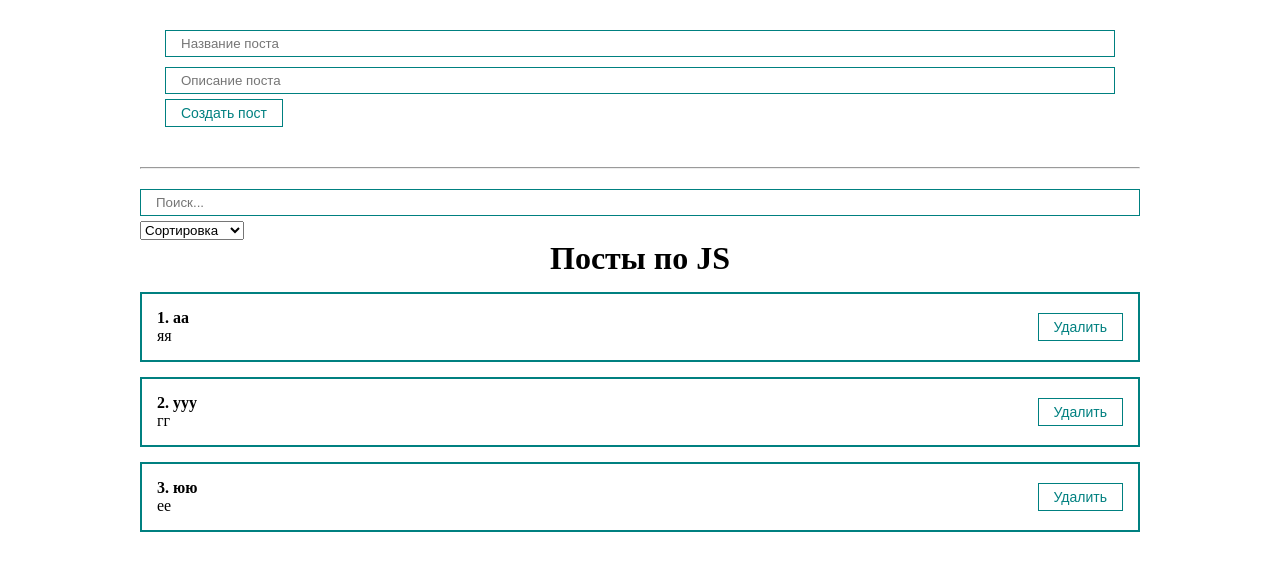
Repository: otvertka/ulb
Page: /
An editor plug-in stored every save of this project. The page is shown before and after the next save, followed by the edit.
The browser window is 1280 px wide. The pictures show the whole page.
The project was rebuilt for these pictures with package versions that can differ from the ones it lists, and the page was loaded fresh each time. Also part of the build but not shown: src/components/Counter.jsx, src/components/ClassCounter.jsx.

Above is the page before, as saved 2023-06-13 11:44:53.

### public/index.html
<!DOCTYPE html>
<html lang="en">
  <head>
    <meta charset="utf-8" />
    <meta name="viewport" content="width=device-width, initial-scale=1" />

    <title>React App</title>
  </head>
  <body>
    <noscript>You need to enable JavaScript to run this app.</noscript>
    <div id="root">
      <!-- ЗДЕСЬ БУДЕТ НАШЕ JS ПРИЛОЖЕНИЕ -->
    </div>
  </body>
</html>

### src/index.js
import React from "react";
import ReactDOM from "react-dom";
import App from "./App";

// const root = ReactDOM.createRoot(document.getElementById("root"));
// root.render(<App />);
ReactDOM.render(<App />, document.getElementById("root"));

### src/App.js
import React, { useState, useMemo, useRef } from "react";

import Counter from "./components/Counter";
import ClassCounter from "./components/ClassCounter";
import "./styles/App.css";
import PostItem from "./components/PostItem";
import PostList from "./components/PostList";
import MyButton from "./components/UI/button/MyButton";
import MyInput from "./components/UI/input/MyInput";
import PostForm from "./components/PostForm";
import MySelect from "./components/UI/select/MySelect";
import PostFilter from "./components/PostFilter";
import MyModal from "./components/UI/MyModal/MyModal";

function App() {
  const [posts, setPosts] = useState([
    { id: 1, title: "аа", body: "яя" },
    { id: 2, title: "ууу", body: "гг" },
    { id: 3, title: "юю", body: "ее" },
  ]);

  const [filter, setFilter] = useState({ sort: "", query: "" });

  const sortedPosts = useMemo(() => {
    // console.log("ОТРАБОТАЛА ФУНКЦИЯ СОРТЕД ПОСТ");
    if (filter.sort) {
      return [...posts].sort(
        (a, b) => a[filter.sort].localeCompare(b[filter.sort]) // развернём Посты в новый массив и мутируем его
      );
    }
    return posts;
  }, [filter.sort, posts]);

  const sortedAndSearchedPosts = useMemo(() => {
    return sortedPosts.filter((post) =>
      post.title.toLowerCase().includes(filter.query.toLowerCase())
    );
  }, [filter.query, sortedPosts]);

  const createPost = (newPost) => {
    setPosts([...posts, newPost]);
  };

  // Получаем post из дочернего компонента
  const removePost = (post) => {
    setPosts(posts.filter((p) => p.id !== post.id));
  };

  // импортируем компонент
  return (
    <div className="App">
      <MyModal>
        <PostForm create={createPost} />
      </MyModal>
      {/* передаём в компонент функцию обратного вызова, чтобы добавить в родительский массив дочерний новый элемент */}

      <hr style={{ margin: "15px 0" }} />
      <PostFilter filter={filter} setFilter={setFilter} />
      <PostList
        remove={removePost}
        posts={sortedAndSearchedPosts}
        title="Посты по JS"
      />
    </div>
  );
}

export default App;

### src/styles/App.css
* {
  margin: 0;
  padding: 0;
  box-sizing: border-box;
}

/* Рут- блок из index.html */
#root {
  display: flex;
  justify-content: center;
}

.App {
  width: 1000px;
}

.post {
  display: flex;
  padding: 15px;
  border: 2px solid teal;
  margin-top: 15px;
  justify-content: space-between;
  align-items: center;
}

### src/components/PostItem.jsx
import React from "react";
import MyButton from "./UI/button/MyButton";

// Props - входные данные в контексте Реакта. Можно представлять, что это аргумент функции, в кот. мы можем что-то передавать снаружи
const PostItem = (props) => {
  // console.log(props);
  return (
    <div className="post">
      <div className="post__content">
        <strong>
          {props.number}. {props.post.title}
        </strong>
        <div>{props.post.body}</div>
      </div>
      <div className="post__btns">
        <MyButton onClick={() => props.remove(props.post)}>Удалить</MyButton>
      </div>
    </div>
  );
};

export default PostItem;

### src/components/PostList.jsx
import React from "react";
import PostItem from "./PostItem";

const PostList = ({ posts, title, remove }) => {
  return (
    <div>
      <h1 style={{ textAlign: "center" }}>{title}</h1>
      {posts.map((post, index) => (
        <PostItem
          remove={remove}
          number={index + 1}
          post={post}
          key={post.id}
        />
      ))}
    </div>
  );
};

export default PostList;

### src/components/UI/button/MyButton.jsx
import React from "react";
import classes from "./MyButton.module.css";

const MyButton = ({ children, ...props }) => {
  return (
    //
    <button {...props} className={classes.myBtn}>
      {children}
    </button>
  );
};

export default MyButton;

### src/components/UI/input/MyInput.jsx
import React from "react";
import classes from "./MyInput.module.css";

const MyInput = React.forwardRef((props, ref) => {
  return (
    //
    <input ref={ref} className={classes.myInput} {...props} />
  );
});

export default MyInput;

### src/components/PostForm.jsx
import React, { useState } from "react";
import MyInput from "./UI/input/MyInput";
import MyButton from "./UI/button/MyButton";

const PostForm = ({ create }) => {
  const [post, setPost] = useState({ title: "", body: "" });

  const addNewPost = (e) => {
    e.preventDefault();

    const newPost = { ...post, id: Date.now() };
    create(newPost);
    setPost({ title: "", body: "" });
  };
  return (
    <form>
      {/* Управляемый компонент */}
      <MyInput
        value={post.title}
        onChange={(e) => setPost({ ...post, title: e.target.value })}
        type="text"
        placeholder="Название поста"
      ></MyInput>
      {/* Неуправляемый\ Неконтролируемый компонент */}
      <MyInput
        value={post.body}
        onChange={(e) => setPost({ ...post, body: e.target.value })}
        type="text"
        placeholder="Описание поста"
      ></MyInput>
      <MyButton onClick={addNewPost}>Создать пост</MyButton>
    </form>
  );
};

export default PostForm;

### src/components/UI/select/MySelect.jsx
import React from "react";

const MySelect = ({ options, defaultValue, value, onChange }) => {
  return (
    //
    <select value={value} onChange={(event) => onChange(event.target.value)}>
      <option disabled value="">
        {defaultValue}
      </option>
      {options.map((option) => (
        <option key={option.value} value={option.value}>
          {option.name}
        </option>
      ))}
    </select>
  );
};

export default MySelect;

### src/components/PostFilter.jsx
import React from "react";
import MyInput from "./UI/input/MyInput";
import MySelect from "./UI/select/MySelect";

const PostFilter = ({ filter, setFilter }) => {
  return (
    //
    <div>
      <MyInput
        value={filter.query}
        onChange={(e) => setFilter({ ...filter, query: e.target.value })}
        placeholder="Поиск..."
      />
      <MySelect
        value={filter.sort}
        onChange={(selectedSort) =>
          setFilter({ ...filter, sort: selectedSort })
        }
        defaultValue="Сортировка"
        options={[
          { value: "title", name: "По названию" },
          { value: "body", name: "По описанию" },
        ]}
      />
    </div>
  );
};

export default PostFilter;

### src/components/UI/MyModal/MyModal.jsx
import React from "react";
import cl from "./MyModal.module.css";

const MyModal = ({ children }) => {
  return (
    //
    <div className={[cl.MyModal, cl.active].join(" ")}>
      <div className={cl.myModalContent}>{children}</div>
    </div>
  );
};

export default MyModal;

### src/components/UI/MyModal/MyModal.module.css
.myModal {
  position: fixed;
  top: 0;
  bottom: 0;
  right: 0;
  left: 0;
  display: none;
  background: rgba(0, 0, 0, 0.4);
}

.myModalContent {
  padding: 25px;
  background: white;
  border-radius: 16px;
  min-width: 250px;
}

.myModal.active {
  display: flex;
  justify-content: center;
  align-items: center;
}

Loaded but not shown: src/components/UI/button/MyButton.module.css (common file); src/components/UI/input/MyInput.module.css (common file)

After the next save:
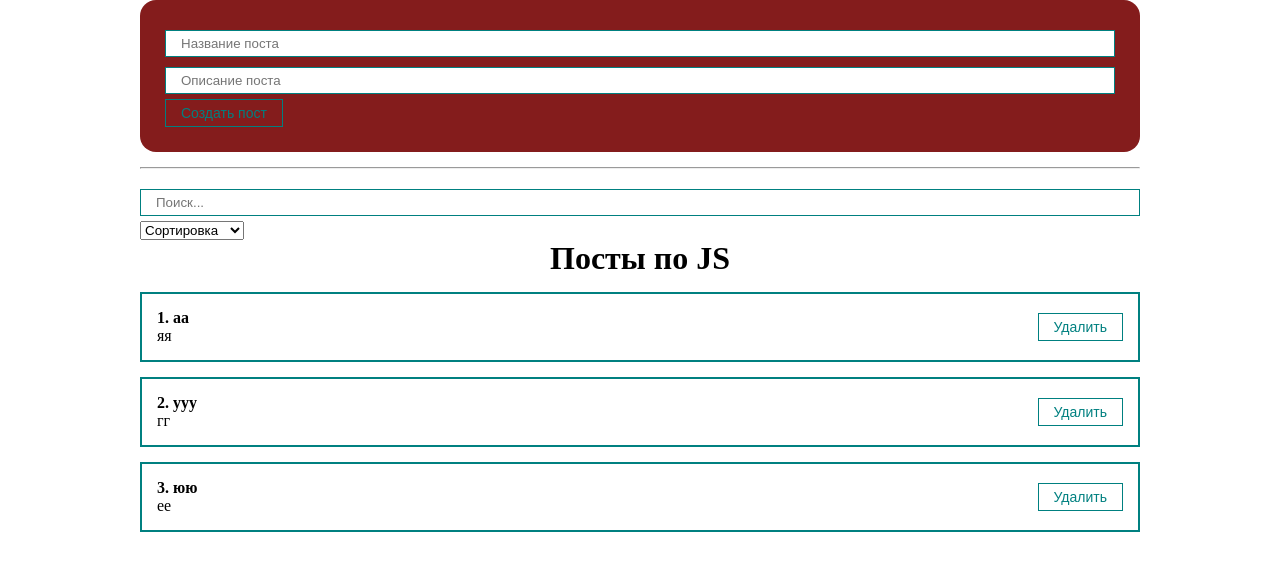
Saved 6 s later.
--- a/src/components/UI/MyModal/MyModal.module.css
+++ b/src/components/UI/MyModal/MyModal.module.css
@@ -10,7 +10,7 @@
 
 .myModalContent {
   padding: 25px;
-  background: white;
+  background: rgb(132, 28, 28);
   border-radius: 16px;
   min-width: 250px;
 }

After the save that followed:
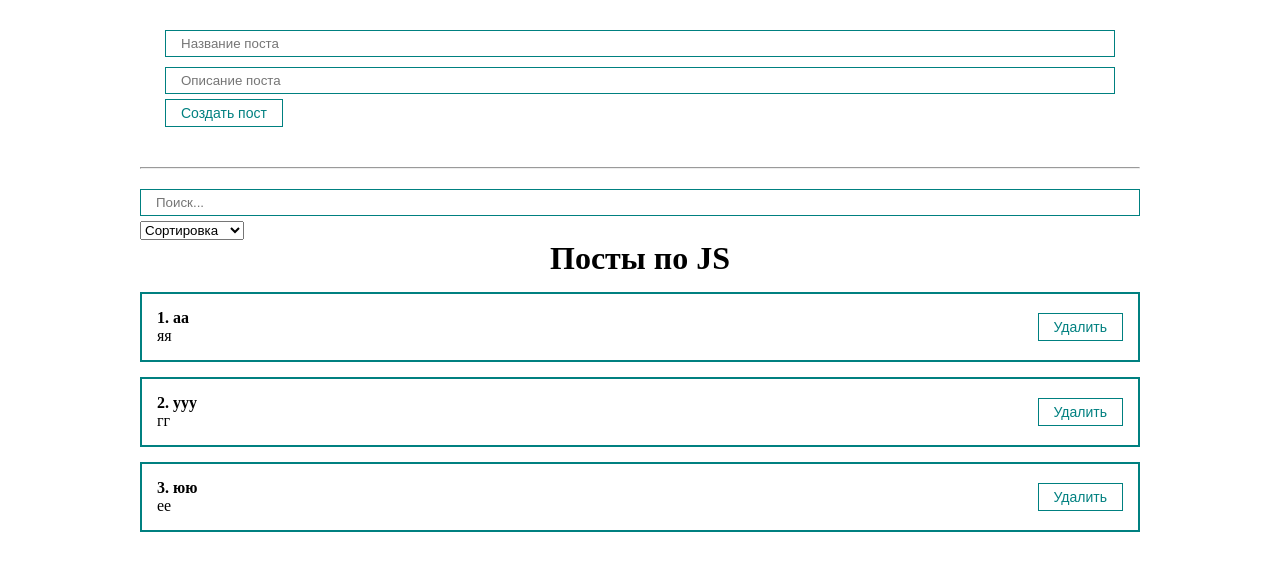
Saved 8 s later.
--- a/src/components/UI/MyModal/MyModal.module.css
+++ b/src/components/UI/MyModal/MyModal.module.css
@@ -10,7 +10,7 @@
 
 .myModalContent {
   padding: 25px;
-  background: rgb(132, 28, 28);
+  background: white;
   border-radius: 16px;
   min-width: 250px;
 }
